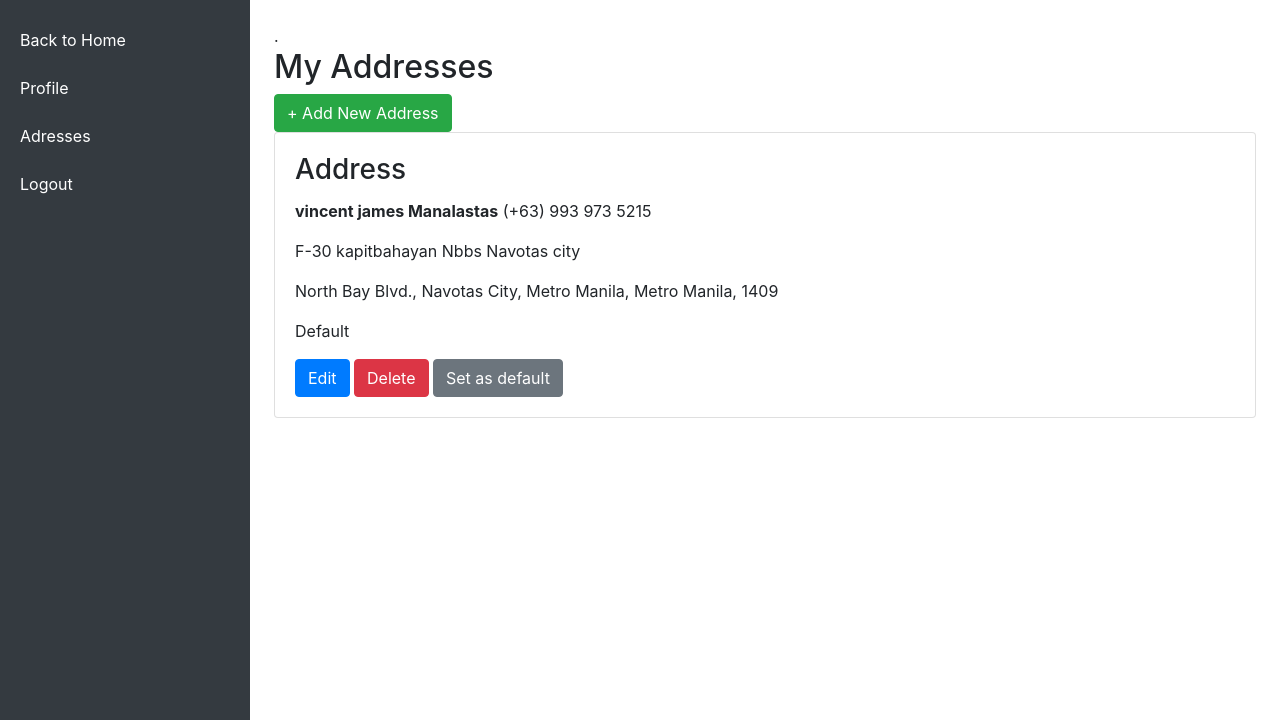
Repository: Darkrepo23/Ecommerce-Manalastas-project
Page: adress.html
An editor plug-in stored every save of this project. The page is shown before and after the next save, followed by the edit.
The browser window is 1280 px wide. The pictures show the whole page.
Some web libraries are served in a nearby version.

Above is the page before, as saved 2026-01-06 07:15:42.

### adress.html
<!DOCTYPE html>
<html lang="en">

<head>
    <meta charset="UTF-8">
    <meta name="viewport" content="width=device-width, initial-scale=1">
    <title>Responsive Sidenav</title>

    <!-- Bootstrap CSS -->
    <link href="https://cdn.jsdelivr.net/npm/bootstrap@5.3.3/dist/css/bootstrap.min.css" rel="stylesheet">
    <link rel="stylesheet" href="https://stackpath.bootstrapcdn.com/bootstrap/4.5.2/css/bootstrap.min.css">

    <style>
        /* Sidebar for desktop */
        @media (min-width: 992px) {
            .sidebar {
                width: 250px;
                height: 100vh;
                position: fixed;
                top: 0;
                left: 0;
                background: #343a40;
                padding-top: 1rem;
            }

            .content {
                margin-left: 250px;
            }
        }

        .sidebar a {
            color: #fff;
            padding: 12px 20px;
            display: block;
            text-decoration: none;
        }

        .sidebar a:hover {
            background: #495057;
        }
    </style>
</head>

<body>

    <!-- Mobile toggle button -->
    <nav class="navbar navbar-dark bg-dark d-lg-none">
        <div class="container-fluid">
            <button class="navbar-toggler" type="button" data-bs-toggle="offcanvas" data-bs-target="#mobileMenu">
                <span class="navbar-toggler-icon"></span>
            </button>
        </div>
    </nav>

    <!-- Mobile Offcanvas -->
    <div class="offcanvas offcanvas-start bg-dark text-white" id="mobileMenu">
        <div class="offcanvas-header">
            <h5 class="offcanvas-title">Menu</h5>
            <button type="button" class="btn-close btn-close-white" data-bs-dismiss="offcanvas"></button>
        </div>
        <div class="offcanvas-body">
            <a href="#" class="hover-blue">Back to Home</a>

            <a href="#">Profile</a>
            <a href="#">Adresses</a>
            <a href="#">Logout</a>
        </div>
    </div>

    <!-- Desktop Sidebar -->
    <div class="sidebar d-none d-lg-block">
        <a href="#" class="hover-blue">Back to Home</a>
        <a href="#">Profile</a>
        <a href="#">Adresses</a>
        <a href="#">Logout</a>
    </div>

    <!-- MAIN CONTENT -->
    <div class="content p-4">
        <div>
            .
            <h2>My Addresses</h2>
            <button class="btn btn-success">+ Add New Address</button>
            <div class="card">
                <div class="card-body">
                    <h3 class="card-title">Address</h3>
                    <p class="card-text"><strong>vincent james Manalastas</strong> (+63) 993 973 5215</p>
                    <p class="card-text">F-30 kapitbahayan Nbbs Navotas city</p>
                    <p class="card-text">North Bay Blvd., Navotas City, Metro Manila, Metro Manila, 1409</p>
                    <p class="card-text">Default</p>
                    <button class="btn btn-primary">Edit</button>
                    <button class="btn btn-danger">Delete</button>
                    <button class="btn btn-secondary">Set as default</button>
                </div>
            </div>

        </div>
    </div>

    <!-- Bootstrap JS -->
    <script src="https://cdn.jsdelivr.net/npm/bootstrap@5.3.3/dist/js/bootstrap.bundle.min.js"></script>
    <script src="https://code.jquery.com/jquery-3.5.1.slim.min.js"></script>
    <script src="https://cdn.jsdelivr.net/npm/@popperjs/core@2.5.3/dist/umd/popper.min.js"></script>
    <script src="https://stackpath.bootstrapcdn.com/bootstrap/4.5.2/js/bootstrap.min.js"></script>
</body>

</html>

After the next save:
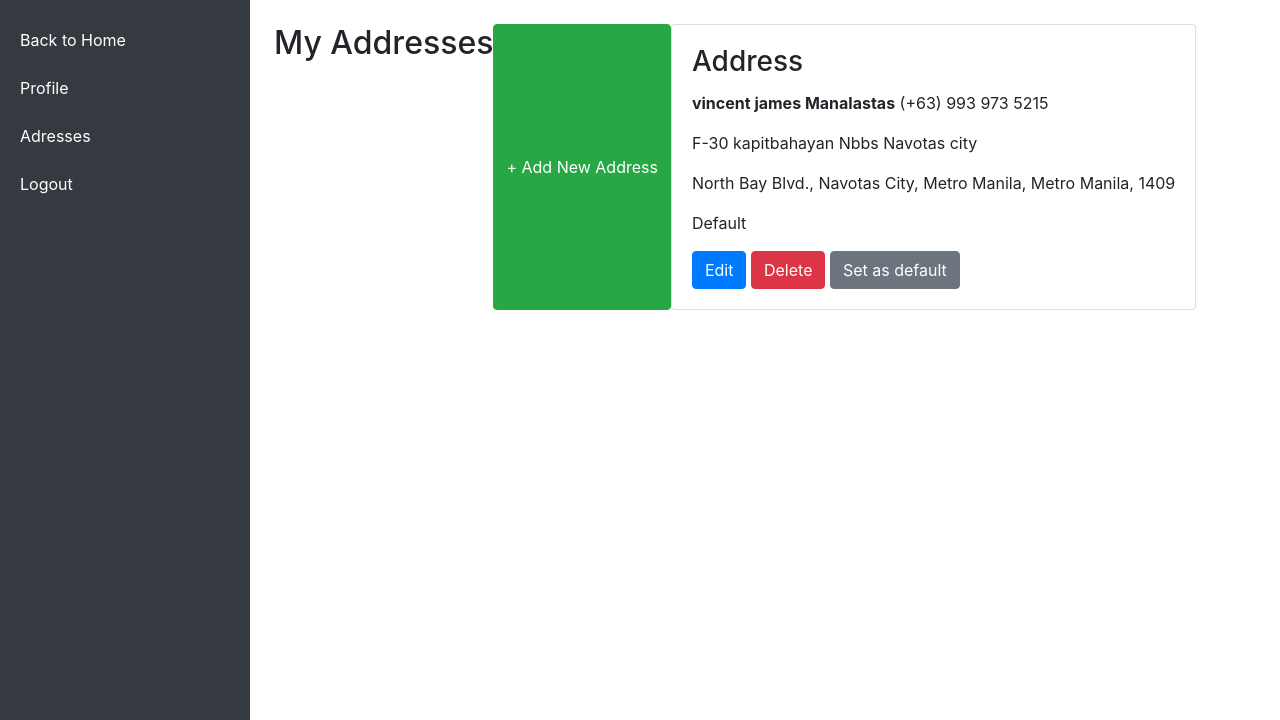
Saved 8 s later.
--- a/adress.html
+++ b/adress.html
@@ -78,7 +78,7 @@
     <!-- MAIN CONTENT -->
     <div class="content p-4">
         <div>
-            .
+            <div class="d-flex">
             <h2>My Addresses</h2>
             <button class="btn btn-success">+ Add New Address</button>
             <div class="card">
